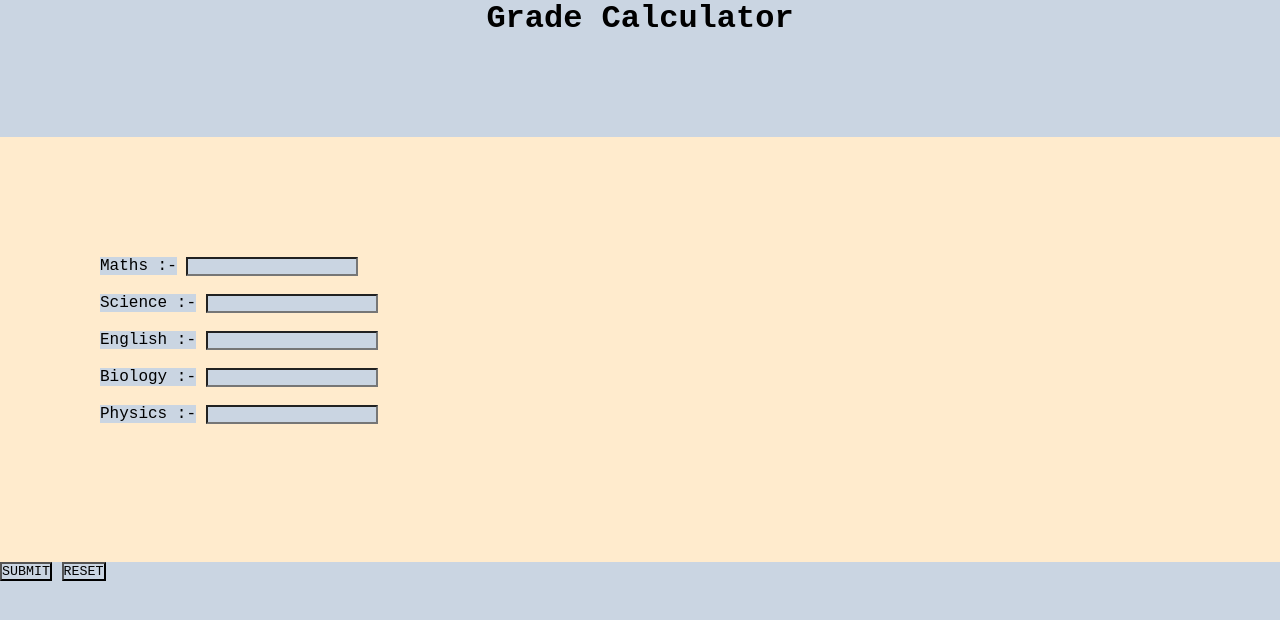
Repository: neelpatel6262/task-manager
Page: index.html
An editor plug-in stored every save of this project. The page is shown before and after the next save, followed by the edit.
The browser window is 1280 px wide. The pictures show the whole page.
Some web fonts or font styles are not loaded; a fallback is used.

Above is the page before, as saved 2025-07-17 15:58:13.

After the next save:
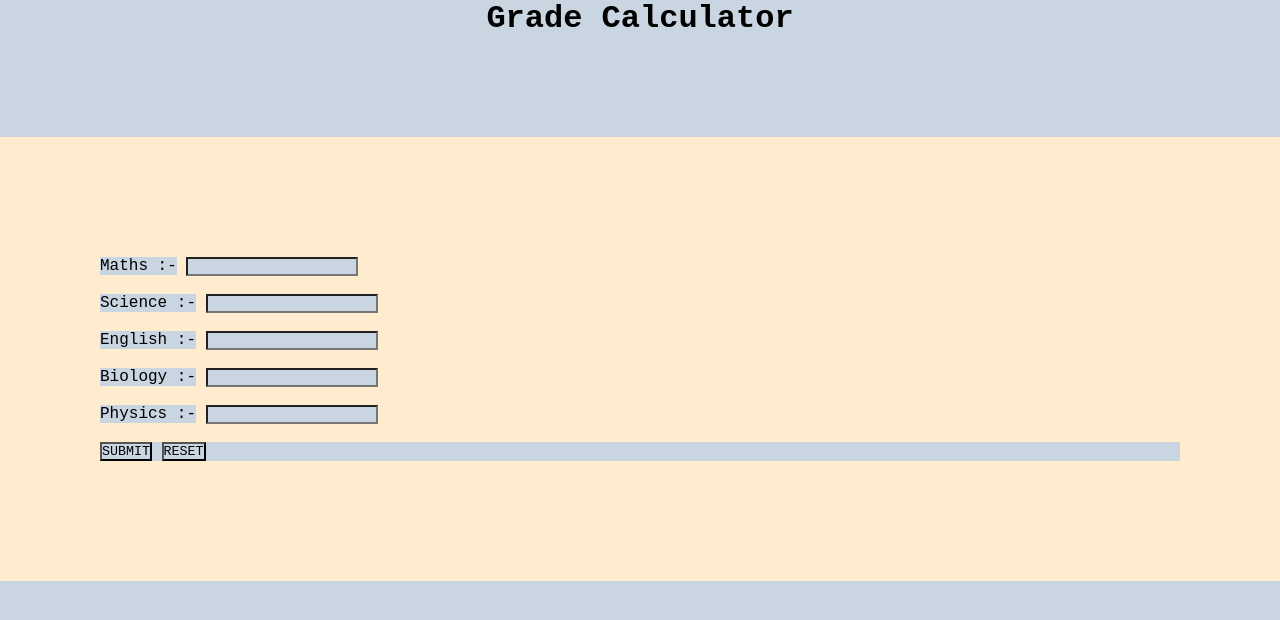
Saved 20 s later.
--- a/index.html
+++ b/index.html
@@ -43,12 +43,12 @@
   <br>
   <br>
 
+      <div class="cta">
+        <button type="submit" class="primary">SUBMIT</button>
+        <button type="reset" class="secondary">RESET</button>
+      </div>
+
 </div>
-
-    <div class="cta">
-      <button type="submit" class="primary">SUBMIT</button>
-      <button type="reset" class="secondary">RESET</button>
-    </div>
   </form>
 
 </body>
